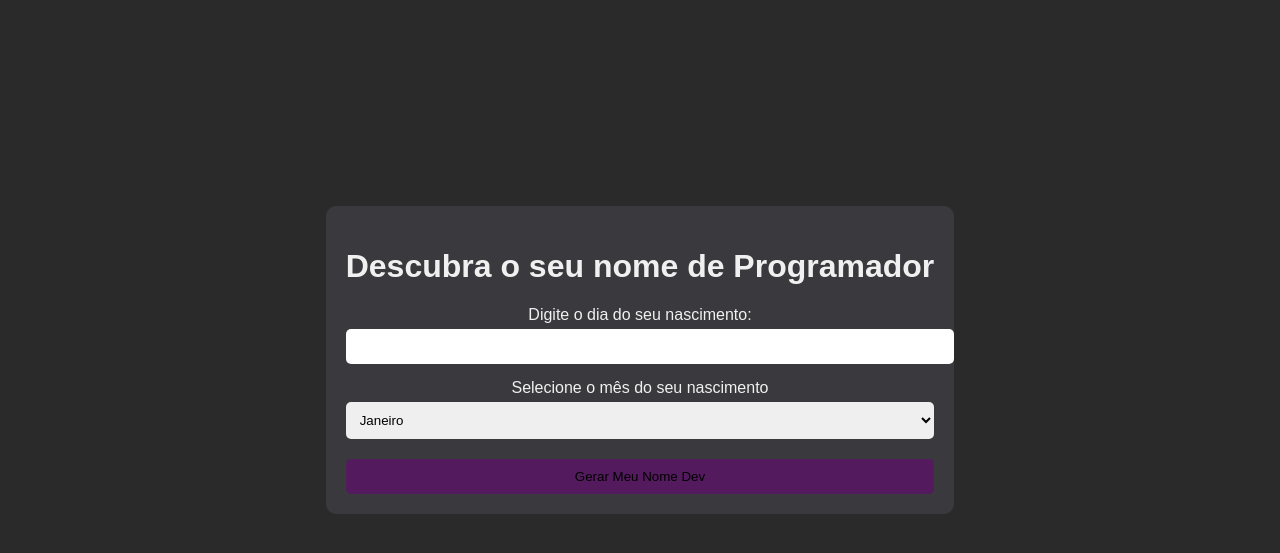
Repository: analessp/seu-nome-dev
Page: index.html
These files come from the project's save history. The page is drawn as it stood at one moment and after a run of saves; the edit follows.
The browser window is 1280 px wide. The pictures show the whole page.

Above is the page before, as saved 2025-05-13 10:52:15.

### index.html
<!DOCTYPE html>
<html lang="pt-BR">
<head>
    <meta charset="UTF-8">
    <meta name="viewport" content="width=device-width, initial-scale=1.0">
    <title>Seu Nome Dev</title>
    <link rel="stylesheet" href="styles.css">
</head>
<body>
    <div class="container">
        <h1>Descubra o seu nome de Programador</h1>
        <div class="form-group">
            <label for="dia">Digite o dia do seu nascimento:</label>
            <input type="number" id="dia" min="1" max="31">
        </div>
        <div class="form-group">
            <label for="mes">Selecione o mês do seu nascimento</label>
            <select id="mes">
                <option value="1">Janeiro</option>
                <option value="2">Fevereiro</option>
                <option value="3">Março</option>
                <option value="4">Abril</option>
                <option value="5">Maio</option>
                <option value="6">Junho</option>
                <option value="7">Julho</option>
                <option value="8">Agosto</option>
                <option value="9">Setembro</option>
                <option value="10">Outubro</option>
                <option value="11">Novembro</option>
                <option value="12">Dezembro</option>
            </select>
        </div>
        <button onclick="gerarNomeDev()">Gerar Meu Nome Dev</button>
        <div class="resultado" id="resultado"></div>
    </div>
    <script src="app.js"></script>
</body>
</html>

### styles.css
body {
    background-color: #2a2a2a;
    color: #f0f0f0;
    font-family: "Nunito", sans-serif;
    display: flex;
    justify-content: center;
    align-items: center;
    height: 100vh;
    margin: 0;
}

.container {
    background-color: #3a3a3e;
    padding: 20px;
    border-radius: 10px;
    box-shadow: 0px 5px 15px rgba(0, 0, 0, 0.3s);
    text-align: center;
}

.form-group {
    margin-bottom: 15px;
}

input, select, button {
    cursor: pointer;
    padding: 10px;
    margin-top: 5px;
    width: 100%;
    border-radius: 5px;
    border: none;
    outline: none;
}

button {
    background-color: #531a5d;
}

Loaded but not shown: app.js (no copy from this time; the picture is the same without it)

After the next 2 saves:
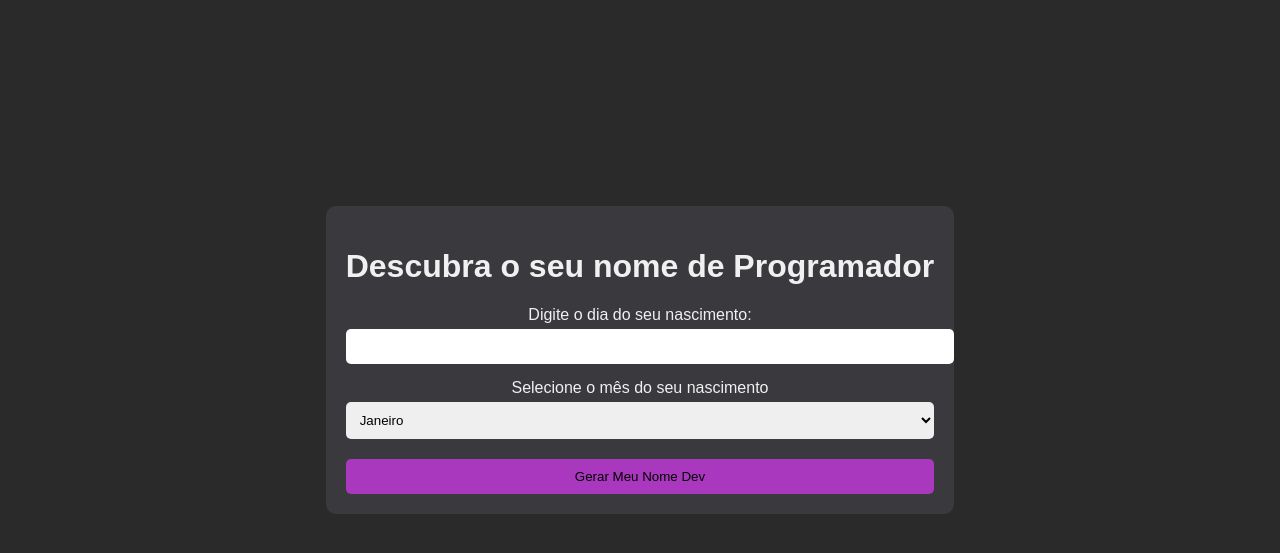
The 2 saves are shown as one change because they came seconds apart.
The last was saved 7 s later.
--- a/styles.css
+++ b/styles.css
@@ -32,5 +32,5 @@ input, select, button {
 }
 
 button {
-    background-color: #531a5d;
+    background-color: #aa38be;
 }
